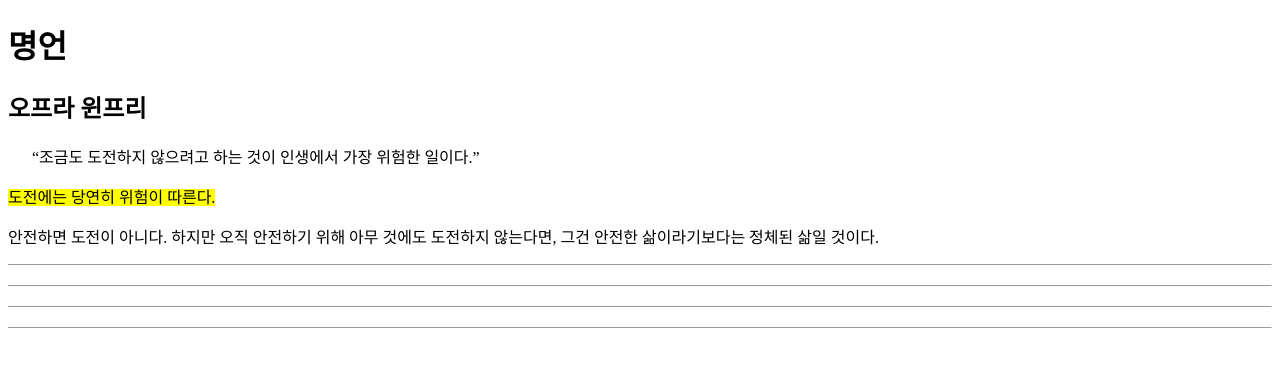
Repository: heoSuKyeong/client_Ssanyong
Page: ClientTest/src/main/webapp/html/q006.html
The author's editor kept a copy of each file at every save. The page is drawn from the files as they stood at one save, then again after the next save.
The browser window is 1280 px wide. The pictures show the whole page.

Above is the page before, as saved 2023-09-20 03:45:50.

After the next save:
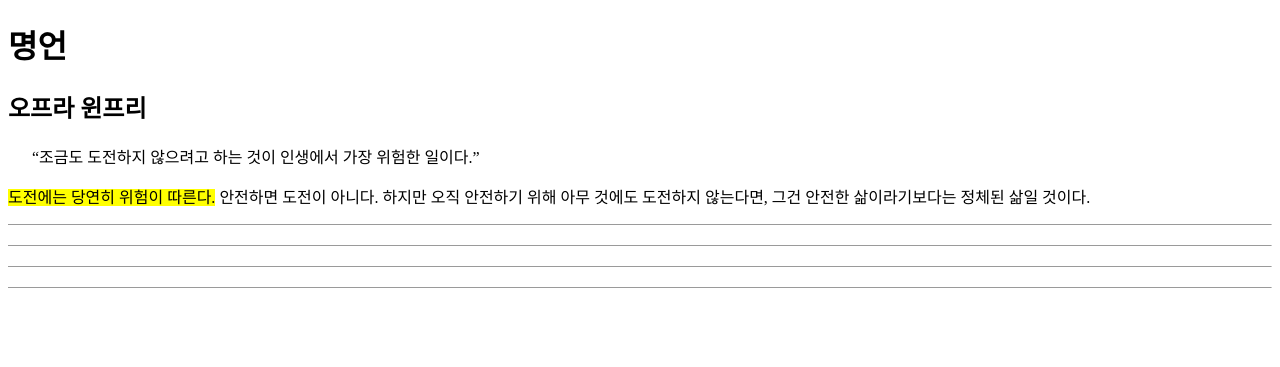
Saved 95 s later.
--- a/ClientTest/src/main/webapp/html/q006.html
+++ b/ClientTest/src/main/webapp/html/q006.html
@@ -9,8 +9,8 @@
 
 	<h2>오프라 윈프리</h2>
 	<p>&nbsp;&nbsp;&nbsp;&nbsp;&nbsp;&nbsp;“조금도 도전하지 않으려고 하는 것이 인생에서 가장 위험한 일이다.”</p>
-	<mark>도전에는 당연히 위험이 따른다.</mark>
-	<p>안전하면 도전이 아니다. 하지만 오직 안전하기 위해 아무 것에도 도전하지 않는다면, 그건 안전한 삶이라기보다는 정체된 삶일 것이다.</p>
+
+	<p><mark>도전에는 당연히 위험이 따른다.</mark> 안전하면 도전이 아니다. 하지만 오직 안전하기 위해 아무 것에도 도전하지 않는다면, 그건 안전한 삶이라기보다는 정체된 삶일 것이다.</p>
 	<hr size="1">
 
 
